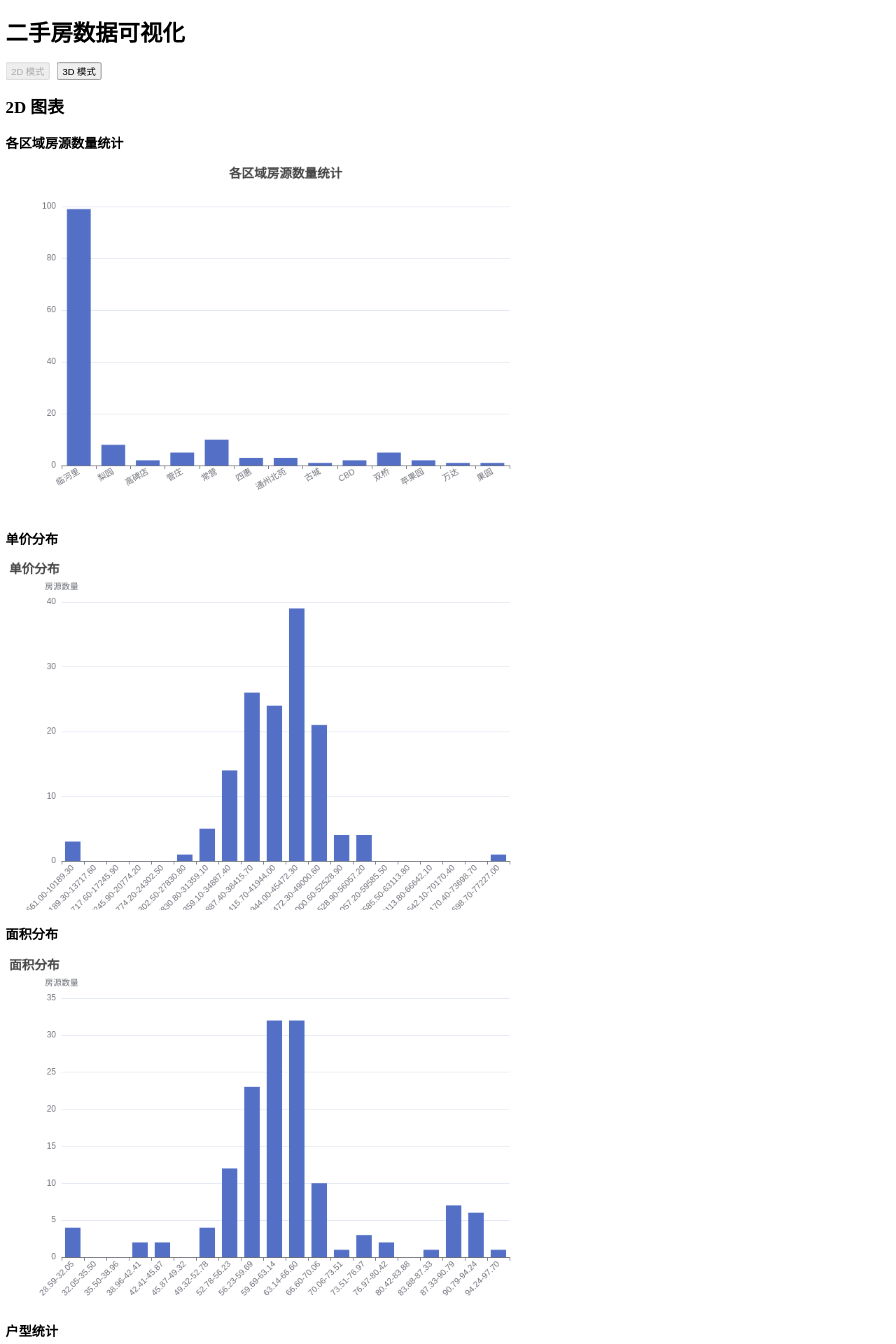
Repository: sakimi-9/DPV-SHP_BeiJing
Page: / (app in py_crawler/rendering/)
An editor plug-in stored every save of this project. The page is shown before and after the next save, followed by the edit.
The browser window is 1280 px wide. The pictures show the part of the page from y = 0 to 1920 px (the page is 3583 px tall before and 1862 px after), at 70% of full size.
The project was rebuilt for these pictures with package versions that can differ from the ones it lists, and the page was loaded fresh each time. Also part of the build but not shown: py_crawler/rendering/vite.config.ts.

Above is the page before, as saved 2025-05-22 10:48:33.

After the next save:
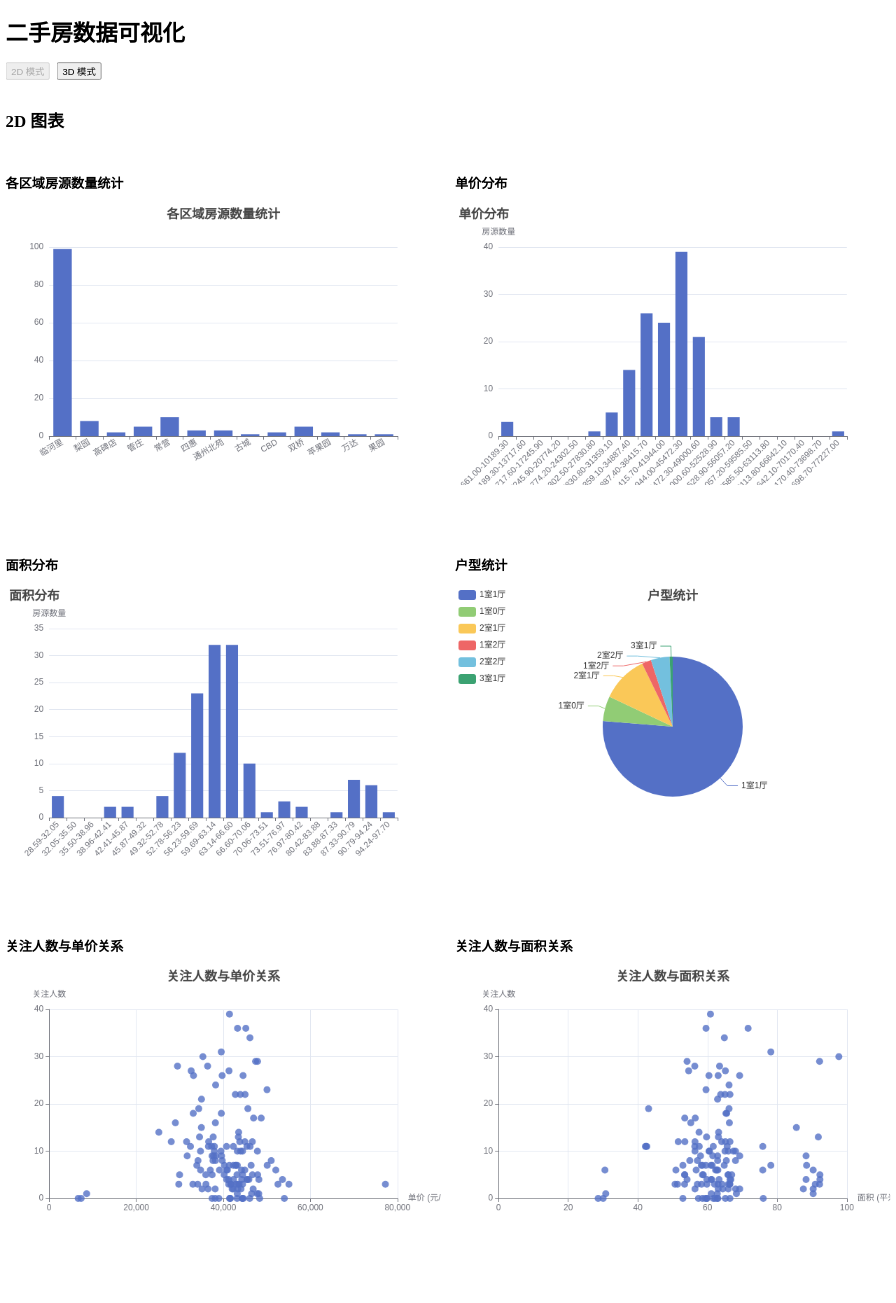
Saved 2 min 39 s later.
--- a/py_crawler/rendering/src/App.vue
+++ b/py_crawler/rendering/src/App.vue
@@ -9,31 +9,45 @@
     </div>
 
     <!-- 2D 图表区域 -->
-    <div v-if="currentMode === '2D'">
+    <div v-if="currentMode === '2D'" class="charts-2d-container">
       <h2>2D 图表</h2>
-      <!-- 各区域房源数量统计 (已有的) -->
-      <h3>各区域房源数量统计</h3>
-      <div ref="areaChartContainer" style="width: 800px; height: 500px;"></div>
-
-      <!-- 单价分布直方图 -->
-      <h3>单价分布</h3>
-      <div ref="priceHistContainer" style="width: 800px; height: 500px;"></div>
-
-      <!-- 面积分布直方图 -->
-      <h3>面积分布</h3>
-      <div ref="areaHistContainer" style="width: 800px; height: 500px;"></div>
-
-      <!-- 户型统计 -->
-      <h3>户型统计</h3>
-      <div ref="unitTypeChartContainer" style="width: 800px; height: 500px;"></div>
-
-      <!-- 关注人数与单价散点图 -->
-      <h3>关注人数与单价关系</h3>
-      <div ref="followPriceScatterContainer" style="width: 800px; height: 500px;"></div>
-
-      <!-- 关注人数与面积散点图 -->
-      <h3>关注人数与面积关系</h3>
-      <div ref="followAreaScatterContainer" style="width: 800px; height: 500px;"></div>
+
+      <!-- 各区域房源数量统计 和 单价分布直方图 -->
+      <div class="chart-row">
+        <div class="chart-item">
+          <h3>各区域房源数量统计</h3>
+          <div ref="areaChartContainer" style="width: 100%; height: 400px;"></div>
+        </div>
+        <div class="chart-item">
+          <h3>单价分布</h3>
+          <div ref="priceHistContainer" style="width: 100%; height: 400px;"></div>
+        </div>
+      </div>
+
+      <!-- 面积分布直方图 和 户型统计 -->
+      <div class="chart-row">
+        <div class="chart-item">
+          <h3>面积分布</h3>
+          <div ref="areaHistContainer" style="width: 100%; height: 400px;"></div>
+        </div>
+        <div class="chart-item">
+          <h3>户型统计</h3>
+          <div ref="unitTypeChartContainer" style="width: 100%; height: 400px;"></div>
+        </div>
+      </div>
+
+      <!-- 关注人数与单价散点图 和 关注人数与面积散点图 -->
+      <div class="chart-row">
+        <div class="chart-item">
+          <h3>关注人数与单价关系</h3>
+          <div ref="followPriceScatterContainer" style="width: 100%; height: 400px;"></div>
+        </div>
+        <div class="chart-item">
+          <h3>关注人数与面积关系</h3>
+          <div ref="followAreaScatterContainer" style="width: 100%; height: 400px;"></div>
+        </div>
+      </div>
+
     </div>
 
     <!-- 3D 图表区域 (待实现) -->
@@ -598,4 +612,29 @@ div {
 button {
   margin-right: 10px;
 }
+
+.charts-2d-container {
+  display: flex;
+  flex-direction: column;
+  gap: 20px;
+  /* Add space between rows */
+}
+
+.chart-row {
+  display: flex;
+  gap: 20px;
+  /* Add space between charts in a row */
+}
+
+.chart-item {
+  flex: 1;
+  /* Allow chart item to grow and shrink */
+  min-width: 0;
+  /* Prevent content from overflowing */
+}
+
+/* Adjust chart div width */
+.chart-item>div {
+  width: 100%;
+}
 </style>
